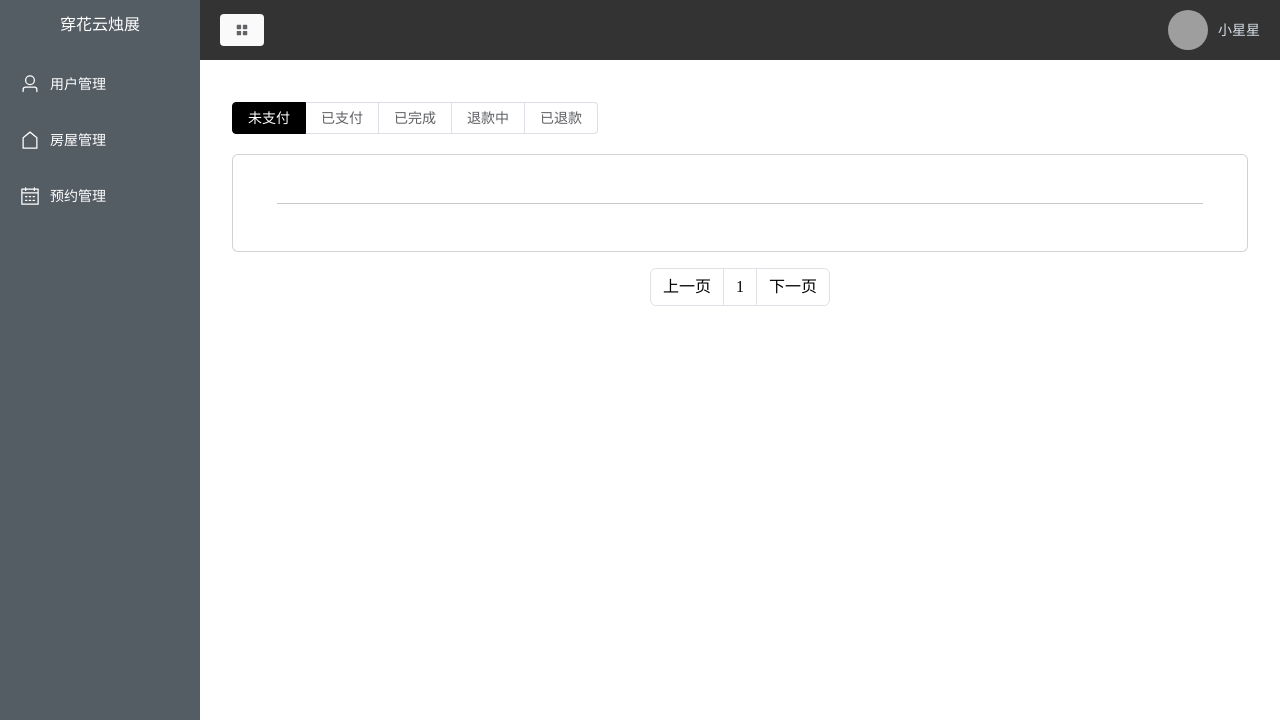
Repository: 3403784285-lucky/test-vue-big
Page: /manage/preview
An editor plug-in stored every save of this project. The page is shown before and after the next save, followed by the edit.
The browser window is 1280 px wide. The pictures show the whole page.
Pictures or frames that could not be fetched are drawn as grey boxes. The page's requests for data from a server got no answer. The project was rebuilt for these pictures with package versions that can differ from the ones it lists, and the page was loaded fresh each time. No one was signed in, and anything a server would have sent is missing. Also part of the build but not shown: vite.config.js, src/components/HelloWorld.vue, src/components/WelcomeItem.vue, src/components/icons/IconDocumentation.vue, src/components/icons/IconTooling.vue, src/components/icons/IconEcosystem.vue, src/components/icons/IconCommunity.vue, src/components/icons/IconSupport.vue and 2 more. Imported but missing from the stored project, and not drawn on this page: src/views/user/UserPassword.vue.

Above is the page before, as saved 2024-06-20 18:27:01.

After the next save:
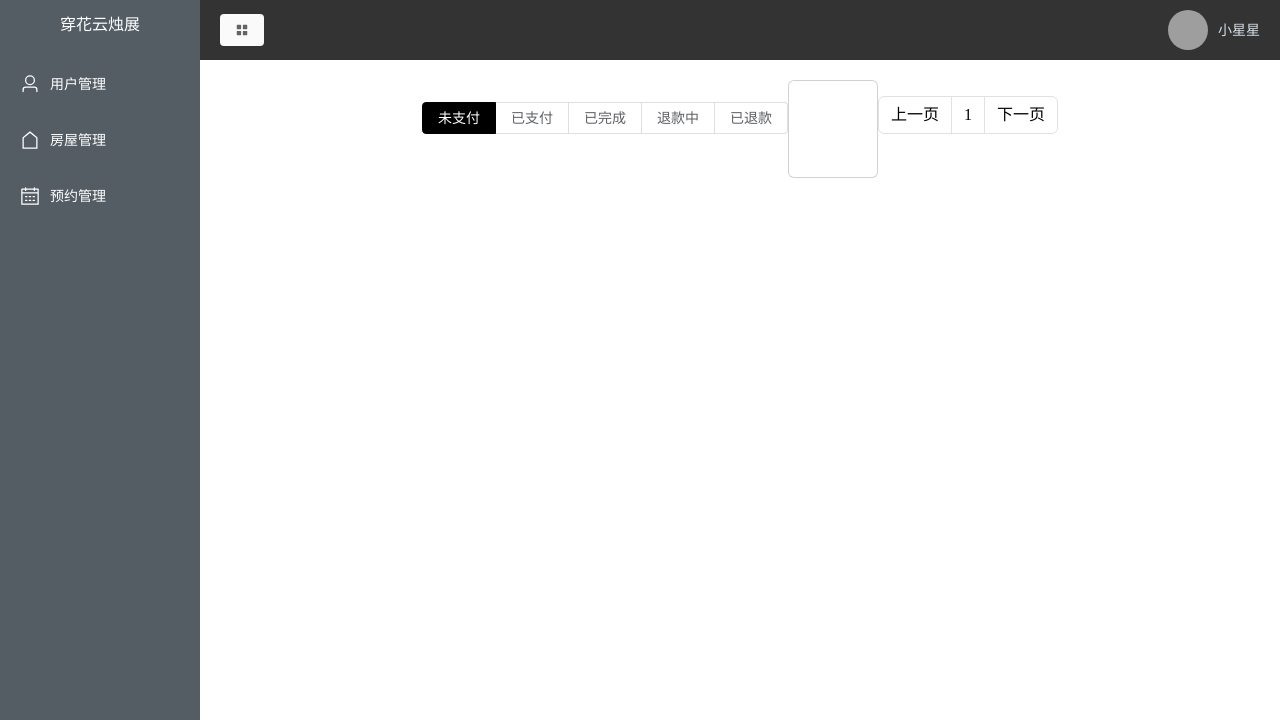
Saved 41 s later.
--- a/src/views/back/PreviewManage.vue
+++ b/src/views/back/PreviewManage.vue
@@ -1,5 +1,5 @@
 <template>
-  <div class="container">
+  <div class="container" style="display: flex;justify-content: center;">
     <div style="margin-top: 20px;margin-bottom: 20px;">
     <el-radio-group v-model="radio2" fill="black">
       <el-radio-button label="未支付" value="New York" />
